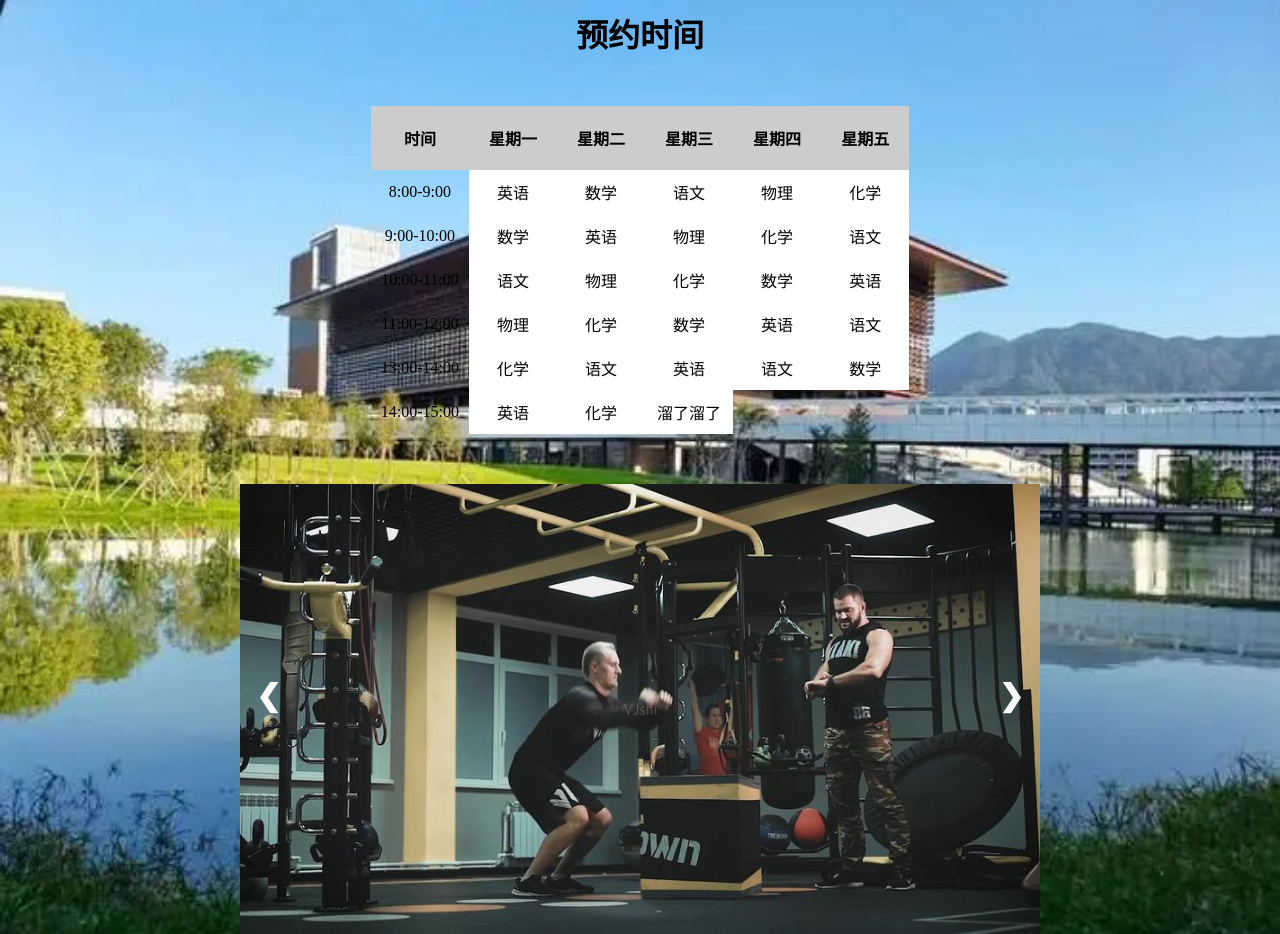
Repository: wupeng6666/Sports-Hall-Booking-System
Page: LearingDjango/app01/templates/yuyue.html
An editor plug-in stored every save of this project. The page is shown before and after the next save, followed by the edit.
The browser window is 1280 px wide. The pictures show the whole page.
Backgrounds fixed to the window are drawn as part of the page. The template is drawn by Django 4.2. The application's start-up code is not run. The template is opened directly, without the code that normally fills it, so the values that code supplies are empty.

Above is the page before, as saved 2023-06-07 14:08:43.

After the next save:
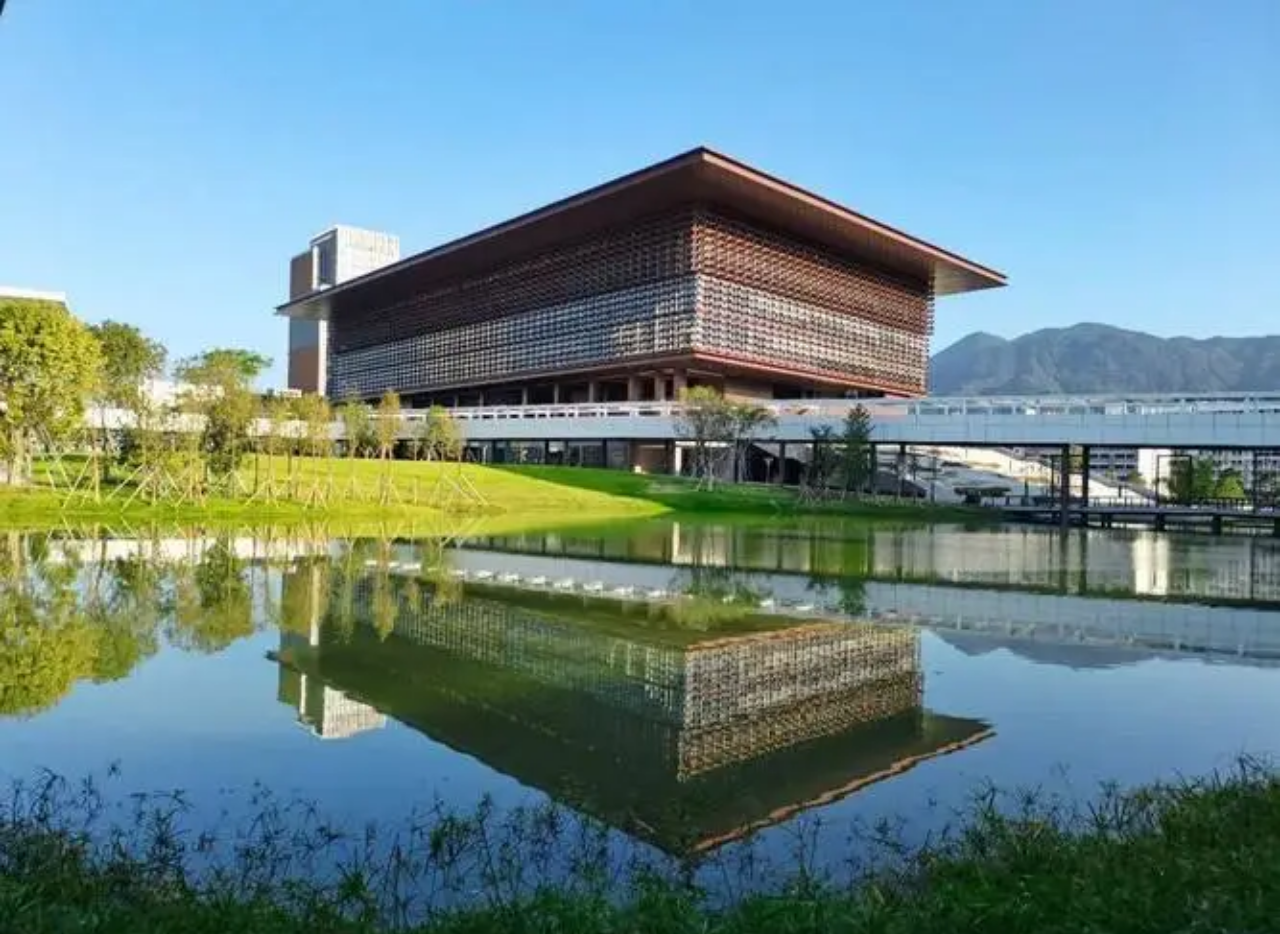
Saved 49 s later.
--- a/LearingDjango/app01/templates/yuyue.html
+++ b/LearingDjango/app01/templates/yuyue.html
@@ -16,7 +16,7 @@
         -moz-background-size: cover;
         -o-background-size: cover;
         background-size: cover;
-        opacity: 1;
+        opacity: -1;
     }
     h1 {
         text-align: center;

After the save that followed:
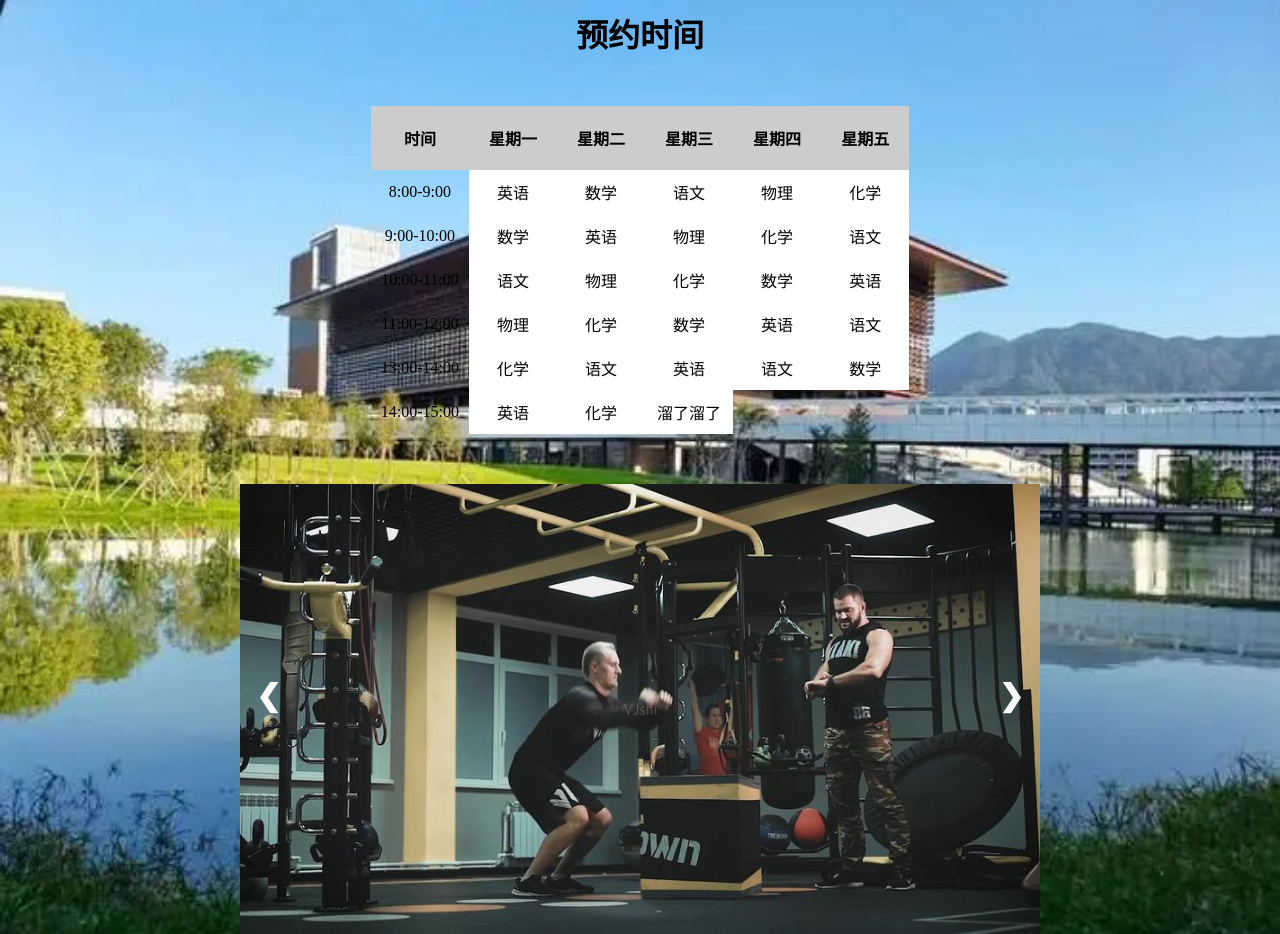
Saved 8 s later.
--- a/LearingDjango/app01/templates/yuyue.html
+++ b/LearingDjango/app01/templates/yuyue.html
@@ -16,7 +16,7 @@
         -moz-background-size: cover;
         -o-background-size: cover;
         background-size: cover;
-        opacity: -1;
+        /* opacity: -1; */
     }
     h1 {
         text-align: center;
